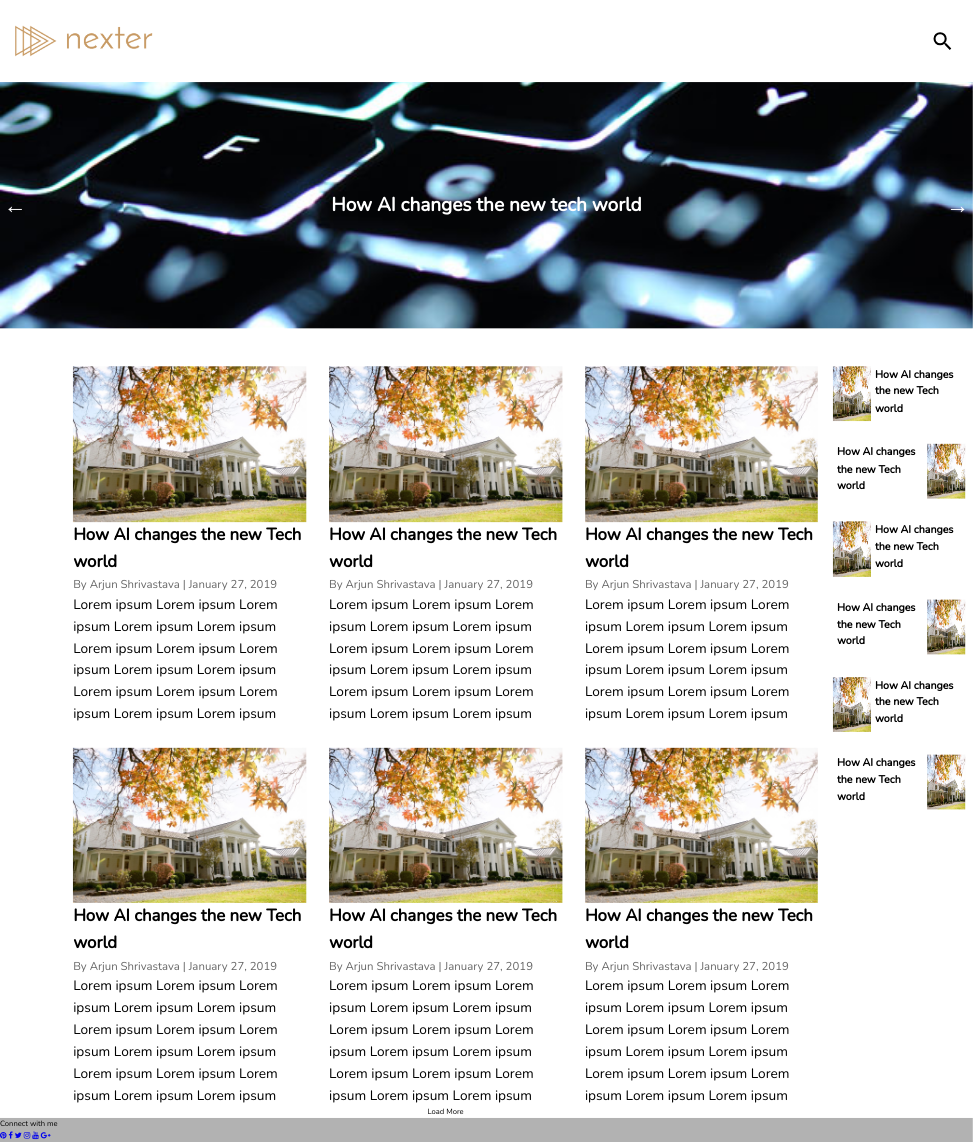
Repository: geekyarjun/myblog
Page: index.html
These files come from the project's save history. The page is drawn as it stood at one moment and after the next save; the edit follows.
The browser window is 1280 px wide. The pictures show the whole page, at 76% of full size.
Some web libraries are served in a nearby version. The style sheet was rebuilt from its Sass, Less or Tailwind sources for each picture, by a compiler version that may differ from the author's.

Above is the page before, as saved 2019-03-03 18:55:10.

After the next save:
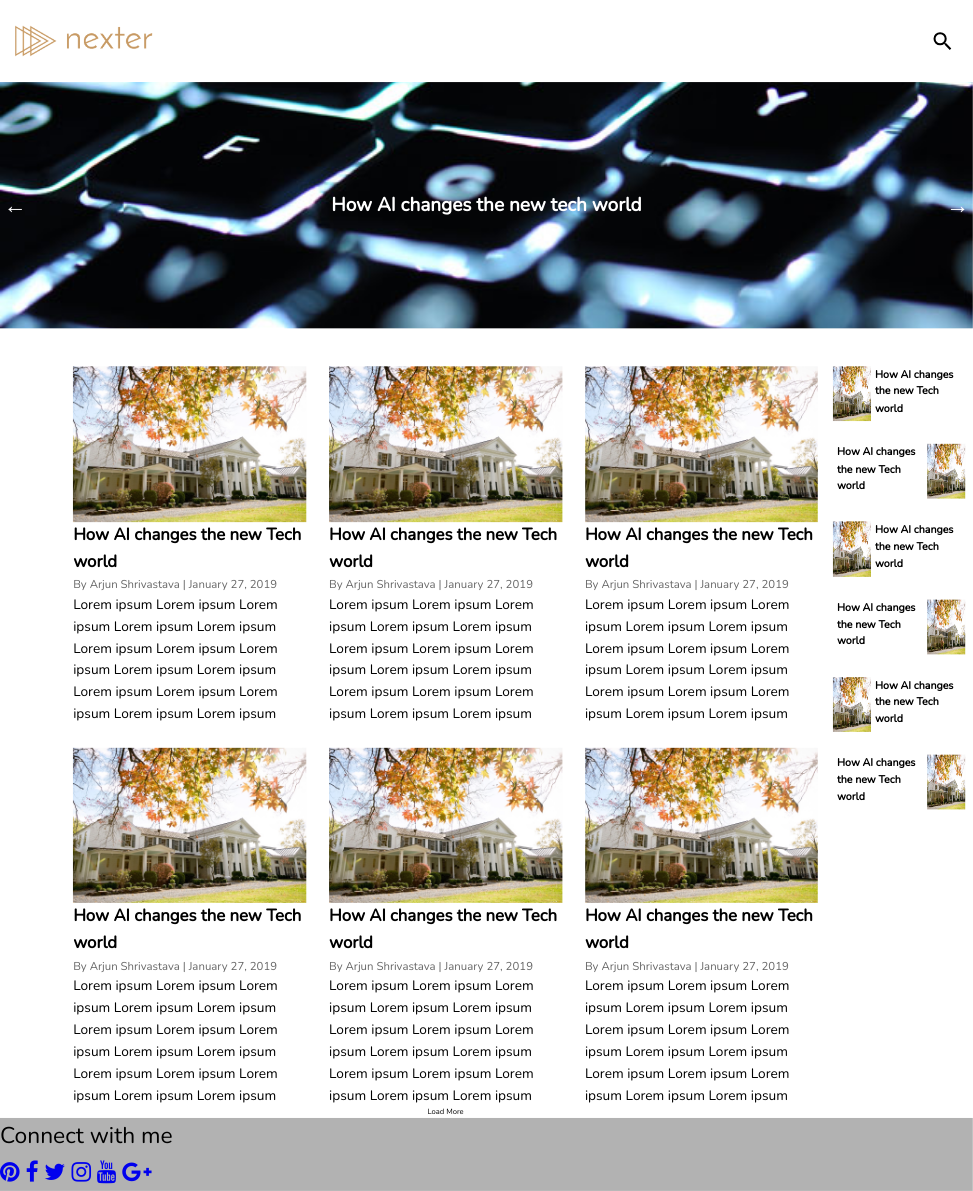
Saved 97 s later.
--- a/sass/_footer.scss
+++ b/sass/_footer.scss
@@ -12,4 +12,12 @@
             position: absolute;
         } */
     }
+
+    &__connect-text {
+        font-size: 3rem;
+    }
+
+    &__social-icon {
+        font-size: 3rem;
+    }
 }
